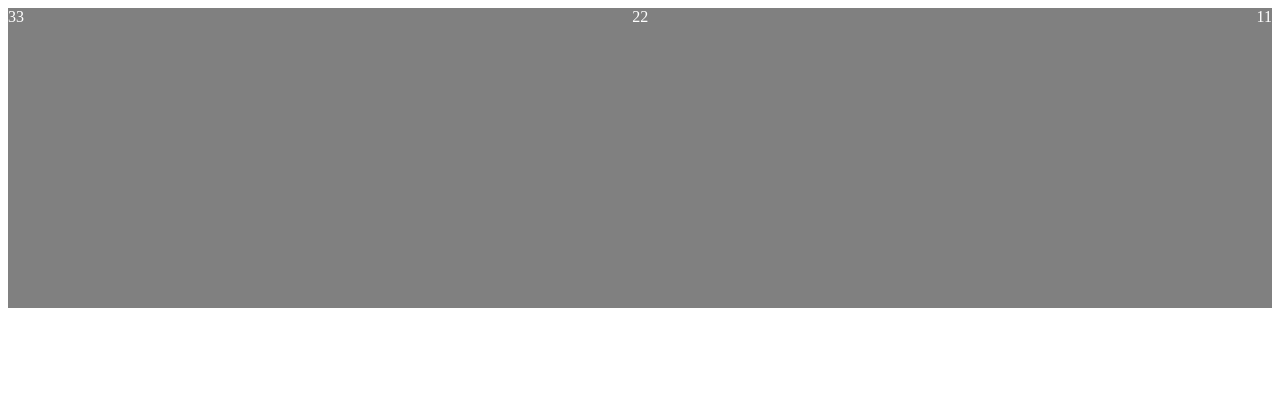
Repository: huangjianeng/front-end-study
Page: vue原理/html/flex.html
The author's editor kept a copy of each file at every save. The page is drawn from the files as they stood at one save, then again after the next save.
The browser window is 1280 px wide. The pictures show the whole page.

Above is the page before, as saved 2020-07-31 10:50:03.

### vue原理/html/flex.html
<header></header>
<div class="flex-wrap">
    <div>11</div>
    <div>22</div>
    <div>33</div>
</div>

<style>
    head{

    }
    .flex-wrap{
        width: 100%;
        height: 300px;
        background-color: grey;
        display: flex;
        justify-content: space-between;
        flex-direction: row-reverse;
    }
    .flex-wrap>div{
        color: white;
    }
</style>

After the next save:
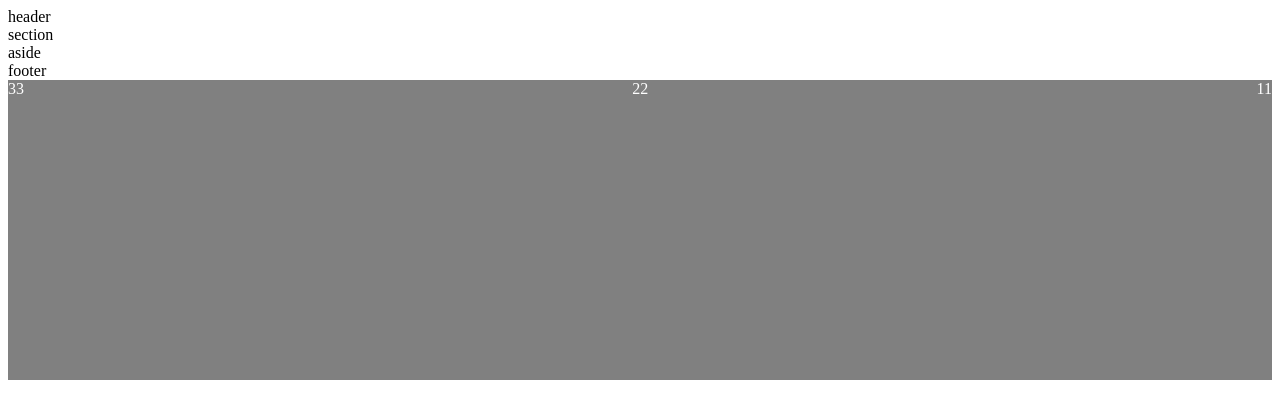
Saved 39 s later.
--- a/vue原理/html/flex.html
+++ b/vue原理/html/flex.html
@@ -1,4 +1,7 @@
-<header></header>
+<header>header</header>
+<section>section</section>
+<aside>aside</aside>
+<footer>footer</footer>
 <div class="flex-wrap">
     <div>11</div>
     <div>22</div>
